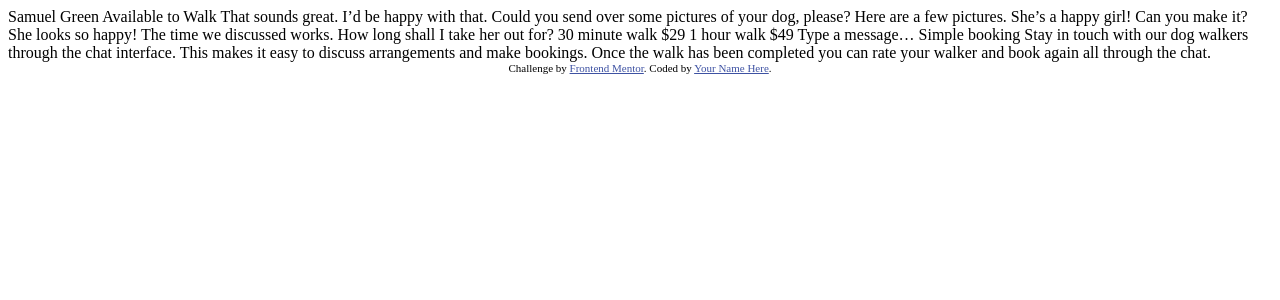
Repository: KamoliddinGIT/chat-app-css-illustration
Page: index.html
An editor plug-in stored every save of this project. The page is shown before and after the next save, followed by the edit.
The browser window is 1280 px wide. The pictures show the whole page.

Above is the page before, as saved 2023-09-25 15:57:43.

### index.html
<!DOCTYPE html>
<html lang="en">
<head>
  <meta charset="UTF-8">
  <meta name="viewport" content="width=device-width, initial-scale=1.0"> <!-- displays site properly based on user's device -->

  <link rel="icon" type="image/png" sizes="32x32" href="./images/favicon-32x32.png">

  <title>Frontend Mentor | [Challenge Name Here]</title>

  <!-- Feel free to remove these styles or customise in your own stylesheet 👍 -->
  <style>
    .attribution { font-size: 11px; text-align: center; }
    .attribution a { color: hsl(228, 45%, 44%); }
  </style>
</head>
<body>

  Samuel Green
  Available to Walk

  That sounds great. I’d be happy with that.

  Could you send over some pictures of your dog, please?

  Here are a few pictures. She’s a happy girl!

  Can you make it?

  She looks so happy! The time we discussed works. How long shall I take her out for?

  30 minute walk
  $29

  1 hour walk
  $49

  Type a message…

  Simple booking

  Stay in touch with our dog walkers through the chat interface. This makes it easy to
  discuss arrangements and make bookings. Once the walk has been completed you can rate
  your walker and book again all through the chat.

  <div class="attribution">
    Challenge by <a href="https://www.frontendmentor.io?ref=challenge" target="_blank">Frontend Mentor</a>.
    Coded by <a href="#">Your Name Here</a>.
  </div>
</body>
</html>

After the next save:
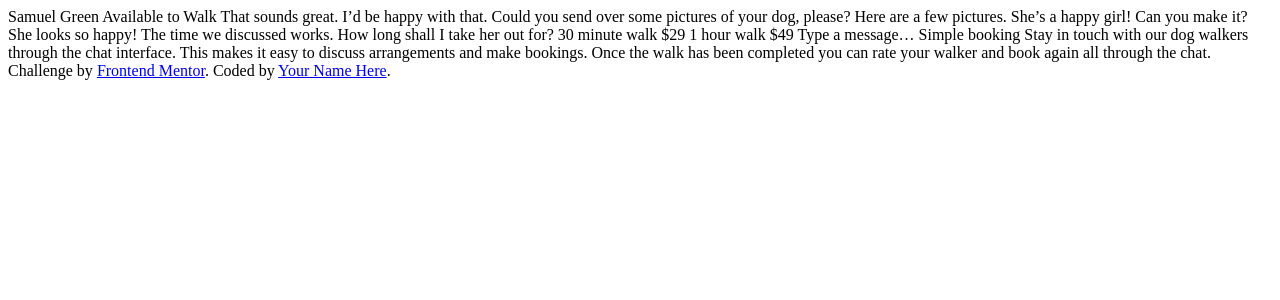
Saved 2 min 30 s later.
--- a/index.html
+++ b/index.html
@@ -6,14 +6,7 @@
 
   <link rel="icon" type="image/png" sizes="32x32" href="./images/favicon-32x32.png">
 
-  <title>Frontend Mentor | [Challenge Name Here]</title>
-
-  <!-- Feel free to remove these styles or customise in your own stylesheet 👍 -->
-  <style>
-    .attribution { font-size: 11px; text-align: center; }
-    .attribution a { color: hsl(228, 45%, 44%); }
-  </style>
-</head>
+  <title>Chat-App-CSS-Illustration</title>
 <body>
 
   Samuel Green
